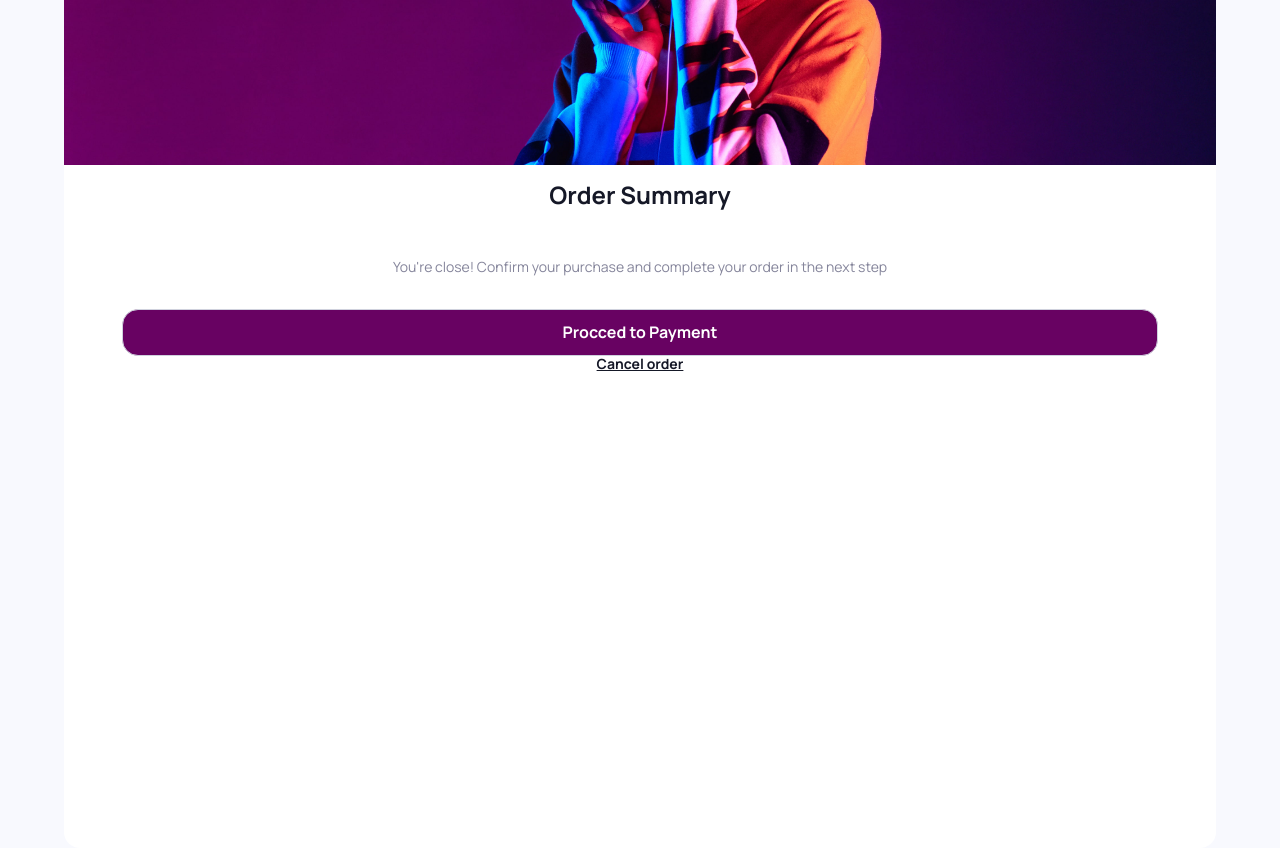
Repository: ssynowiec/INVO-Academy-solution
Page: /
These files come from the project's save history. The page is drawn as it stood at one moment and after the next save; the edit follows.
The browser window is 1280 px wide. The pictures show the whole page.
The project was rebuilt for these pictures with package versions that can differ from the ones it lists, and the page was loaded fresh each time.

Above is the page before, as saved 2023-02-16 09:46:23.

### index.html
<!DOCTYPE html>
<html lang="en">

<head>
  <meta charset="UTF-8" />
  <link rel="icon" type="image/svg+xml" href="/vite.svg" />
  <meta name="viewport" content="width=device-width, initial-scale=1.0" />
  <title>INVO Academy JS Starter with Vite</title>
</head>

<!-- In order to start your challenge, remove all the content inside <div id="home-page"></div> and start coding :) -->

<body>
  <div id="home-page" class="container">
    <section class="order">
      <img src="/images/girl.jpeg" alt="" class="order-image">
      <h1 class="order-title">Order Summary</h1>
      <p class="order-description">You're close! Confirm your purchase and complete your order in the next step</p>
      <div></div>
      <button class="order-button">Procced to Payment</button>
      <a href="#" class="order-link">Cancel order</a>
    </section>
  </div>

  <script type="module" src="/src/global-scripts/main.js"></script>
  <script type="module" src="/src/pages/home-page/scripts/home-page.js"></script>
</body>

</html>

### src/pages/home-page/scripts/home-page.js
/// Homepage JavaScript File
/// Here we import all the JavaScript files we need for our homepage.

import '../styles/home-page.scss';

### src/global-styles/style.scss
/// Main Styles File
/// Here we import all the global Styles files we need for our project.

@import 'styles/normalize.scss';
@import 'styles/root.scss';
@import 'styles/fonts.scss';

body {
	font-family: 'Manrope', sans-serif;
	color: var(--color-primary);
	background-color: var(--color-background);
	display: flex;
	justify-content: center;
	align-items: center;
	height: 100vh;
}

p {
	color: var(--color-on-surface);
}

### src/pages/home-page/styles/home-page.scss
/// Homepage Styles File
/// Here we import all the Styles files we need for our Homepage.

.container {
	display: flex;
	justify-content: center;
}

.order {
	display: flex;
	flex-direction: column;
	justify-content: between;
	align-items: center;
	width: 90%;
	border-radius: 16px;
	overflow: hidden;
	background-color: var(--color-white);

	&-image {
		width: 100%;
		height: 30%;
		object-fit: cover;
	}

	&-title {
		font-weight: bold;
		font-size: 24px;
		color: var(--color-title);
	}

	&-description {
		font-size: 14px;
		padding: 20px;
		color: var(--color-body);
		text-align: center;
	}

	&-button {
		width: 90%;
		padding: 10px;
		border-radius: 16px;
		font-weight: bold;
		font-size: 16px;
		line-height: 160%;
		letter-spacing: -1%;
		border: 1px solid var(--color-stroke);
		background-color: var(--color-primary);
		color: var(--color-white);
		cursor: pointer;

		&:hover {
			background-color: var(--color-primary-hover);
		}
	}

	&-link {
		letter-spacing: -1%;
		font-size: 14px;
		font-weight: bold;
		color: var(--color-title);
	}
}

### src/global-styles/styles/root.scss
/// Root Styles file
/// Here we define all the root variables we need for our project.
/// For examples see Material Design color system: https://m2.material.io/design/color/the-color-system.html

:root {
	--color-primary: #680262;
	--color-primary-hover: #490245;
	--color-background: #f8f9fe;
	--color-title: #151827;
	--color-body: #85859b;
	--color-stroke: #cfd1dd;
	--color-white: #ffffff;
}

### src/global-styles/styles/fonts.scss
/// Main Fonts File
/// Here we import all the fonts files we need for our project.

@import url('https://fonts.googleapis.com/css2?family=Manrope:wght@200;300;400;500;600;700;800&display=swap');

Loaded but not shown: src/global-scripts/main.js (common file); src/global-styles/styles/normalize.scss (common file)

After the next save:
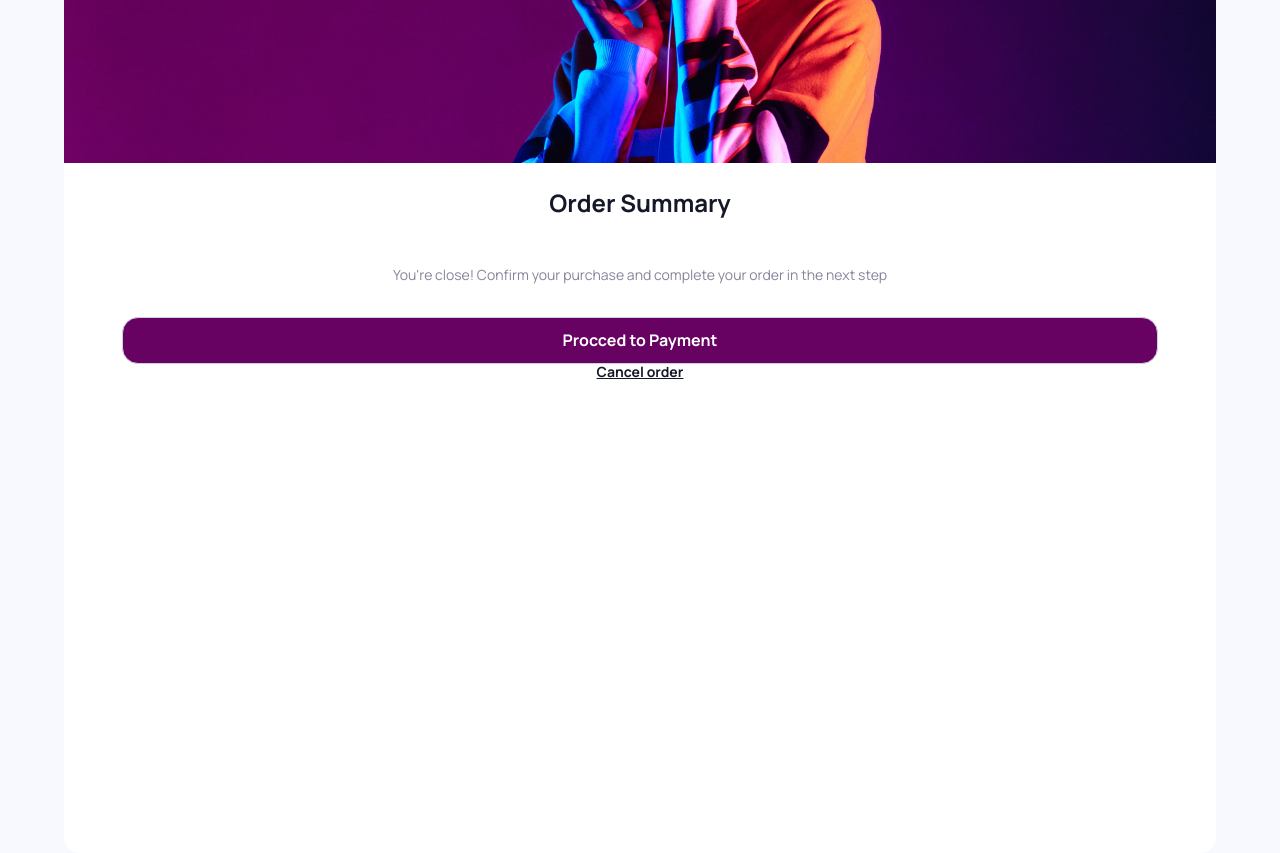
Saved 14 s later.
--- a/src/pages/home-page/styles/home-page.scss
+++ b/src/pages/home-page/styles/home-page.scss
@@ -24,6 +24,7 @@
 
 	&-title {
 		font-weight: bold;
+		padding-top: 10px;
 		font-size: 24px;
 		color: var(--color-title);
 	}
